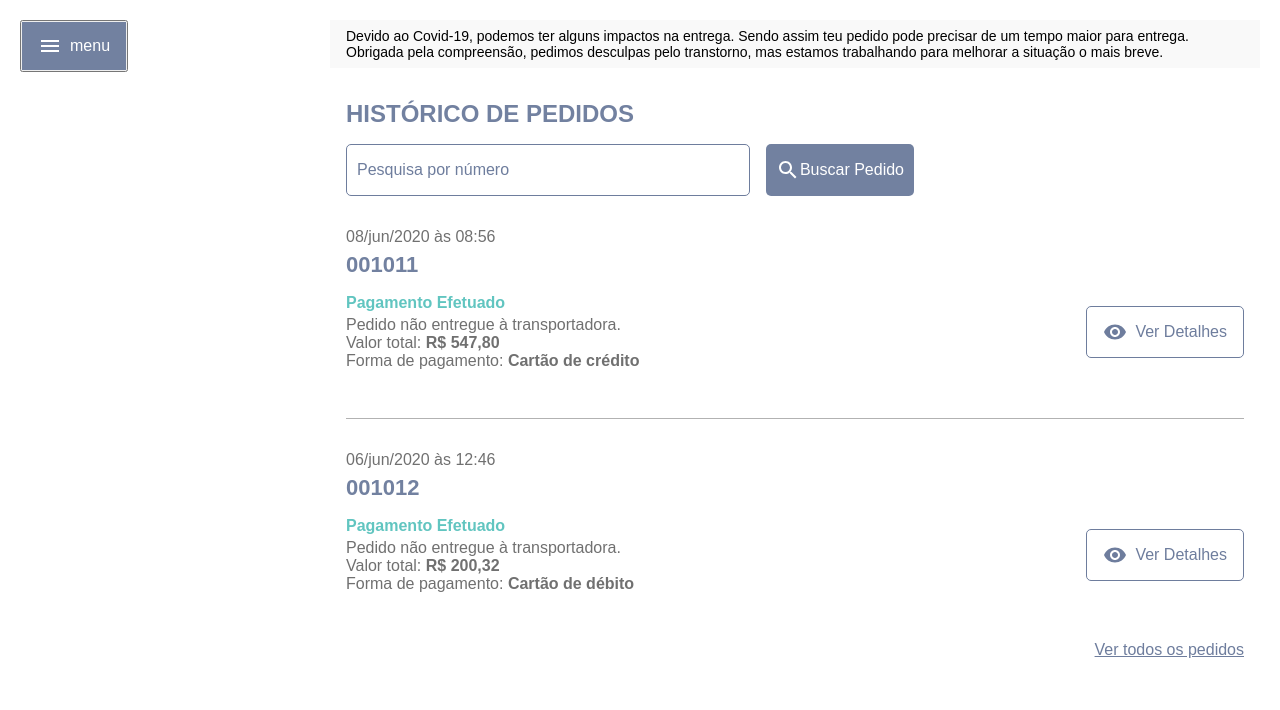
Repository: indiamarasiqueira/gestao-produto
Page: /
These files come from the project's save history. The page is drawn as it stood at one moment and after a run of saves; the edit follows.
The browser window is 1280 px wide. The pictures show the whole page.
The project was rebuilt for these pictures with package versions that can differ from the ones it lists, and the page was loaded fresh each time. Also part of the build but not shown: src/pages/generic/style.js, src/pages/generic/index.js, src/components/ModalMenu/index.js.

Above is the page before, as saved 2020-07-07 11:18:39.

### src/global.js
import { createGlobalStyle } from "styled-components";

const GlobalStyle = createGlobalStyle`
    * {
        margin: 0;
        padding: 0;
        outline: 0;
        box-sizing: border-box;
    }
   html, body, #root {
    margin: 0;
    padding: 0;
    font-family: 'Montserrat', sans-serif;
    -webkit-font-smoothing: antialiased;
    -moz-osx-font-smoothing: grayscale;
    background-color: #ffffff;
    }
`;
export default GlobalStyle;

### src/routes.js
import React from "react";
import { BrowserRouter, Switch, Route } from "react-router-dom";

import GenericPage from "./pages/generic";
// import AppMenu from "./components/AppMenu";
import OrderHistory from "./pages/orderHistory";
import AlertCovid from "./components/AlertCovid";

export default function Routes() {
  return (
    <BrowserRouter>
      <Switch>
        <Route path="*">
          {/* <AppMenu />
          <AlertCovid /> */}
          <Route path="/perfil" exact component={() => <GenericPage title="Meu Perfil" />} />
          <Route path="/localizacao" exact component={() => <GenericPage title="Meus endereços" />} />
          <Route path="/favoritos" exact component={() => <GenericPage title="Lista de favoritos" />} />
          <Route path={["/", "/pedidos"]} exact component={OrderHistory} />
        </Route>
      </Switch>
    </BrowserRouter>
  );
}

### src/pages/orderHistory/index.js
import React, { Fragment, useState } from "react";

import { OrderMenu } from "./style";

import AppMenu from '../../components/AppMenu'
import AlertCovid from "../../components/AlertCovid";
import HeaderTitle from "../../components/HeaderTitle";
import BoxSearch from "../../components/BoxSearch/index";
import Order from "../../components/Order/index";


const OrderHistory = () => {
  const [value, setValue] = useState("");
  const [query, setQuery] = useState("");
  const handleChange = (e) => setValue(e.target.value);

  const handleSubmit = (e) => {
    e.preventDefault();
    setQuery(value);
  };

  return (
    <OrderMenu>
      <div>
        <AppMenu />
      </div>
      <div>
        <AlertCovid />
        <HeaderTitle>HISTÓRICO DE PEDIDOS</HeaderTitle>
        <BoxSearch value={value} handleChange={handleChange} handleSubmit={handleSubmit} />
        <Order query={query} />
      </div>
    </OrderMenu>
  );
};
export default OrderHistory;

### src/components/AlertCovid/index.js
import React from "react";

import { Alert } from './style';

const AlertCovid = () => {
  return (
    <Alert>
      Devido ao Covid-19, podemos ter alguns impactos na entrega. Sendo assim teu pedido pode precisar de um tempo maior
      para entrega. Obrigada pela compreensão, pedimos desculpas pelo transtorno, mas estamos trabalhando para melhorar
      a situação o mais breve.
    </Alert>
  );
};
export default AlertCovid;

### src/components/HeaderTitle/index.js
import React from "react";

import { Title } from "./style";

const HeaderTitle = (props) => {
  return <Title>{props.children}</Title>;
};
export default HeaderTitle;

### src/pages/orderHistory/style.js
import styled from "styled-components";

export const OrderMenu = styled.div`
  display: grid;
  justify-content: center;
  grid-template-columns: 1fr 3fr ;
  padding: 20px;
  box-sizing: border-box;
  height: 100%;

   @media all and ( max-width: 1250px) {
    display: flex;
    flex-direction: column;
    width: 100%;
    padding: 10px;
  }
`;

### src/components/AppMenu/index.js
import React, { useState } from "react";
import { useHistory } from "react-router-dom";

import MenuIcon from "@material-ui/icons/Menu";
import LockOpenIcon from "@material-ui/icons/LockOpen";
import HistoryIcon from "@material-ui/icons/History";
import RoomOutlinedIcon from "@material-ui/icons/RoomOutlined";
import FavoriteBorderIcon from "@material-ui/icons/FavoriteBorder";
import CloseIcon from "@material-ui/icons/Close";

import ModalMenu from '../ModalMenu/index';

import {
  MenuMain,
  Button,
  BoxIcon,
  MainMenu,
  UserInfo,
  UserInfoName,
  UserInfoEmail,
  MenuList,
  MenuListItem,
  MenuIconImage
} from "./style";

const AppMenu = () => {
  const history = useHistory();
  const [show, showModal] = useState(false);
  const navigate = (route) => {
    history.push(route);
    showModal(false);
  }

  return (
    <MenuMain>
      <Button onClick={() => showModal(!show)}>
        <BoxIcon>{show ? <CloseIcon /> : <MenuIcon />}</BoxIcon>
        menu
      </Button>
      <ModalMenu show={show}>
        <MainMenu>
          <UserInfo>
            <UserInfoName>Caroline Melinda W Effting</UserInfoName>
            <UserInfoEmail>effting.caroline@gmail.com</UserInfoEmail>
          </UserInfo>
          <MenuList>
            <MenuListItem onClick={() => navigate("/perfil")}>
              <MenuIconImage>
                <LockOpenIcon />
              </MenuIconImage>
              <span className="menu-label">meu perfil</span>
            </MenuListItem>
            <MenuListItem onClick={() => navigate("/pedidos")}>
              <MenuIconImage>
                <HistoryIcon />
              </MenuIconImage>
              <span className="menu-label">histórico de pedidos</span>
            </MenuListItem>
            <MenuListItem onClick={() => navigate("/localizacao")}>
              <MenuIconImage>
                <RoomOutlinedIcon />
              </MenuIconImage>
              <span className="menu-label">meus endereços</span>
            </MenuListItem>
            <MenuListItem onClick={() => navigate("/favoritos")}>
              <MenuIconImage>
                <FavoriteBorderIcon />
              </MenuIconImage>
              <span className="menu-label">lista de favoritos</span>
            </MenuListItem>
          </MenuList>
        </MainMenu>
      </ModalMenu>
    </MenuMain>
  );
};
export default AppMenu;

### src/components/BoxSearch/index.js
import React from "react";

import { Box, InputText, ButtonSearch } from "./style";
import SearchIcon from "@material-ui/icons/Search";

const BoxSearch = (props) => {
  return (
    <Box onSubmit={props.handleSubmit}>
      <InputText
        type="number"
        placeholder="Pesquisa por número"
        value={props.value}
        onChange={props.handleChange}
      />
      <ButtonSearch type="submit">
        <SearchIcon />
        <span className="search-text">Buscar Pedido</span>
      </ButtonSearch>
    </Box>
  );
};
export default BoxSearch;

### src/components/Order/index.js
import React, { useState } from "react";

import VisibilityIcon from "@material-ui/icons/Visibility";
import orderData from '../../db.json'

import {
  Empty,
  OrderList,
  OrderListItem,
  OrderDate,
  OrderId,
  OrderBox,
  OrderInfo,
  OrderStatus,
  ButtonOutline,
  OrderAll,
} from "./style";

const findOrder = (detail, query) => {
  const list = orderData.data;

  if (query){
    const regex = new RegExp(query);

    return list.filter(item => regex.test(item.id))
  }

  return detail ? orderData.data : orderData.data.slice(0, 2);
}


const Order = ({query}) => {
  const [detail, setDetail] = useState(false);
  const list = findOrder(detail, query)

  if (!list.length) {
    return <Empty>nenhum pedido encontrado :(</Empty>
  }

  return (
    <OrderList>
      {list.map((item, key) => (
        <OrderListItem key={key}>
          <OrderDate>{item.date}</OrderDate>
          <OrderId>{item.id}</OrderId>
          <OrderBox>
            <OrderInfo>
              <OrderStatus>{item.title}</OrderStatus>
              <p>
                {item.description}
                <br />
                Valor total: <b>R$ {item.price} </b>
                <br />
                Forma de pagamento: <b>{item.payment}</b>
              </p>
            </OrderInfo>
            <ButtonOutline>
              <VisibilityIcon />
              Ver Detalhes
            </ButtonOutline>
          </OrderBox>
        </OrderListItem>
      ))}
      {!detail && <OrderAll onClick={setDetail}>Ver todos os pedidos</OrderAll>}
    </OrderList>
  );
};
export default Order;

### src/components/AlertCovid/style.js
import styled from "styled-components";


// Main Page
export const Alert = styled.div`
  background: #f9f9f9;
  padding: 8px 16px;
  font-size: 14px;
`;

### src/components/HeaderTitle/style.js
import styled from "styled-components";

export const Title = styled.h1`
  color: #7281a0;
  padding: 16px;
  margin-top: 16px;
  font-weight: bold;
  font-size: 24px;
`;

### src/components/AppMenu/style.js
import styled from "styled-components";

export const MenuMain = styled.button`



`;
export const Button = styled.button`
  display: flex;
  align-items: center;
  justify-content: start;
  padding: 12px 16px;
  border: none;
  background: #7281A0;
  width: 100%;
  color: #ffffff;
  font-size: 16px;
  transition: all 0.2s ease-out;
  height: 48px;

  :hover{
    color: #7281A0;
    background: #F4F4F4;
  }
`;
export const BoxIcon = styled.div`
  display: inline-block;
  margin-right: 8px;
  height: 24px;
`;
export const MainMenu = styled.div`
  color: #717171;
  padding: 0 16px;
  border-bottom: 1px solid rgba(0, 0, 0, 0.3);
  position: fixed;
  top: 48px;
  left: 0;
  right: 0;
  bottom: 0;
  background: #fff;
`;

// User
export const UserInfo = styled.div`
  padding: 16px 0;
`;
export const UserInfoName = styled.p`
  margin-bottom: 8px;
`;
export const UserInfoEmail = styled.p``;
// Menu
export const MenuList = styled.nav``;

export const MenuListItem = styled.a`
  display: flex;
  align-items: center;
  padding: 16px 0;
  border-top: 1px solid rgba(0, 0, 0, 0.3);

  :hover{
    color: #707070;
    background: #F4F4F4;
  }
`;
export const MenuIconImage = styled.i`
  padding-left: 4px;
  padding-right: 16px;
`;

### src/components/BoxSearch/style.js
import styled from "styled-components";

export const Box = styled.form`
  padding: 0 16px;
  display: flex;
  align-items: center;
  justify-content: space-between;
  max-width: 600px;

`;
export const InputText = styled.input`
  flex: 1;
  color: #7281a0;
  height: 52px;
  border-radius: 5px;
  border: 1px solid #6e7d9d;
  font-size: 16px;
  padding-left: 10px;

  ::placeholder {
    color: #6e7d9d;
  }
`;
export const ButtonSearch = styled.button`
  background: #7281a0;
  border-radius: 5px;
  height: 52px;
  border: none;
  margin-left: 16px;
  padding: 10px;
  color: #ffffff;
  font-size: 16px;
  display: flex;
  align-items: center;
  justify-content: center;

  @media all and (max-width: 600px){
    .search-text{
      display: none;
    }
  }
`;

### src/db.json
{
  "data": [
    {
      "id": "001011",
      "date": "08/jun/2020 às 08:56",
      "title": "Pagamento Efetuado",
      "description": "Pedido não entregue à transportadora.",
      "price": "547,80",
      "payment": "Cartão de crédito"

    },
    {
      "id": "001012",
      "date": "06/jun/2020 às 12:46",
      "title": "Pagamento Efetuado",
      "description": "Pedido não entregue à transportadora.",
      "price": "200,32",
      "payment": "Cartão de débito"
    },
    {
      "id": "001013",
      "date": "04/jun/2020 às 09:30",
      "title": "Pagamento Efetuado",
      "description": "Pedido não entregue à transportadora.",
      "price": "150,60",
      "payment": "Cartão de crédito"
    },
    {
      "id": "001014",
      "date": "29/mai/2020 às 17:30",
      "title": "Pagamento Efetuado",
      "description": "Pedido não entregue à transportadora.",
      "price": "83,58",
      "payment": "Cartão de débito"
    }
  ]

}

### src/components/Order/style.js
import styled from "styled-components";

export const Empty = styled.div`
  padding: 16px;
  color: #ccc;
  text-align: center;
`;
export const OrderList = styled.div`
  padding: 0 16px;
`;
export const OrderListItem = styled.div`
  padding: 32px 0;
  border-top: 1px solid rgba(0, 0, 0, 0.3);

  &:first-of-type {
    border-top-width: 0;
  }

`;
export const OrderDate = styled.p`
  color: #707070;
  font-size: 16px;
`;
export const OrderId = styled.p`
  padding-top: 6px;
  color: #7281a0;
  font-size: 22px;
  font-weight: bold;
`;
export const OrderBox = styled.div`

  @media all and (min-width: 600px){
    display: flex;
    align-items: center;
  }
`;
export const OrderInfo = styled.div`
  flex: 1;
  margin: 16px 0;
  color: #707070;

`;
export const OrderStatus = styled.p`
  color: #61c5c0;
  margin-bottom: 4px;
  font-weight: bold;
`;
export const ButtonOutline = styled.div`
  border-radius: 5px;
  border: 1px solid #6e7d9d;
  height: 52px;
  display: flex;
  align-items: center;
  justify-content: center;
  color: #6e7d9d;
  padding: 8px 16px;

  svg {
    margin-right: 8px;
  }

`;
export const OrderAll = styled.button`
  color: #6E7D9D;
  margin-bottom: 32px;
  background: none;
  border: none;
  text-decoration: underline;
  width: 100%;
  display: flex;
  align-items: center;
  justify-content: flex-end;
  font-size: 16px;
`;

Loaded but not shown: public/index.html (common file); src/index.js (common file)

After the next 2 saves:
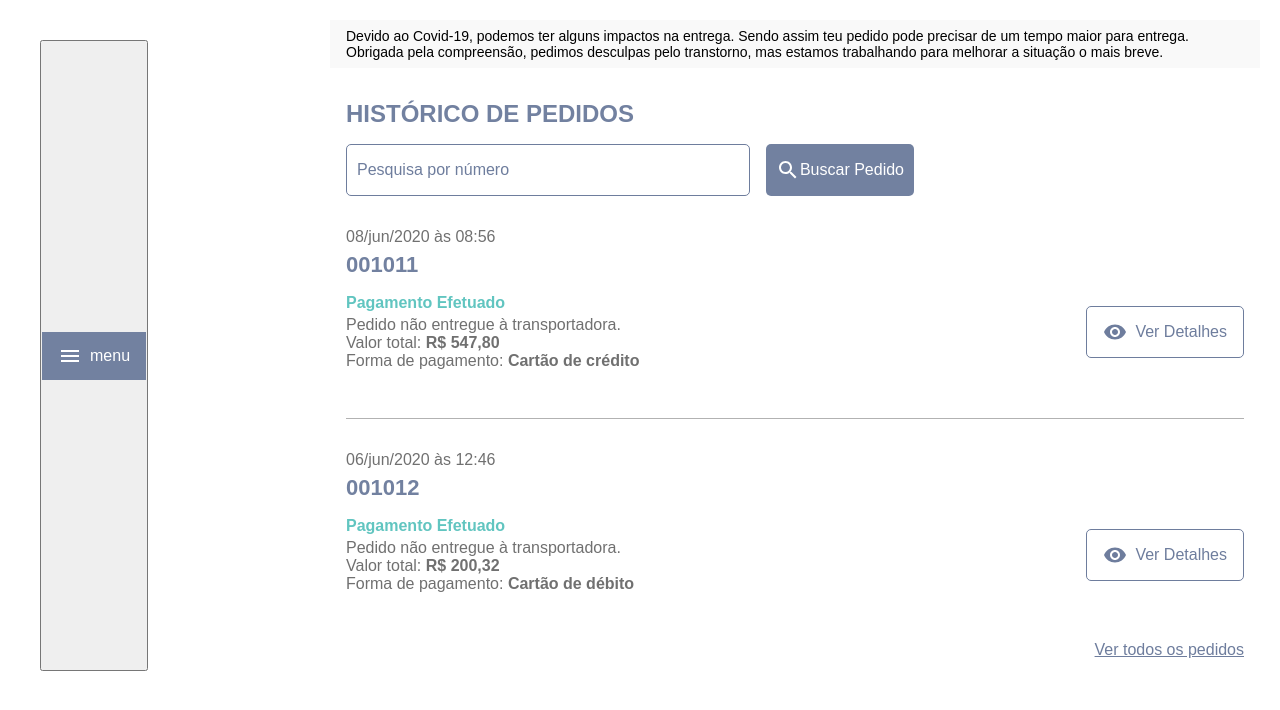
The 2 saves are shown as one change because 1 did not build or start.
The last was saved 41 s later.
--- a/src/pages/orderHistory/index.js
+++ b/src/pages/orderHistory/index.js
@@ -1,6 +1,6 @@
 import React, { Fragment, useState } from "react";
 
-import { OrderMenu } from "./style";
+import { OrderMenu, MenuApp } from "./style";
 
 import AppMenu from '../../components/AppMenu'
 import AlertCovid from "../../components/AlertCovid";
@@ -21,9 +21,9 @@ const OrderHistory = () => {
 
   return (
     <OrderMenu>
-      <div>
+      <MenuApp>
         <AppMenu />
-      </div>
+      </MenuApp>
       <div>
         <AlertCovid />
         <HeaderTitle>HISTÓRICO DE PEDIDOS</HeaderTitle>
--- a/src/pages/orderHistory/style.js
+++ b/src/pages/orderHistory/style.js
@@ -15,3 +15,18 @@ export const OrderMenu = styled.div`
     padding: 10px;
   }
 `;
+export const MenuApp = styled.div`
+  display: grid;
+  justify-content: center;
+  grid-template-columns: 1fr 3fr;
+  padding: 20px;
+  box-sizing: border-box;
+  height: 100%;
+
+  @media all and (max-width: 1250px) {
+    display: flex;
+    flex-direction: column;
+    width: 100%;
+    padding: 10px;
+  }
+`;
